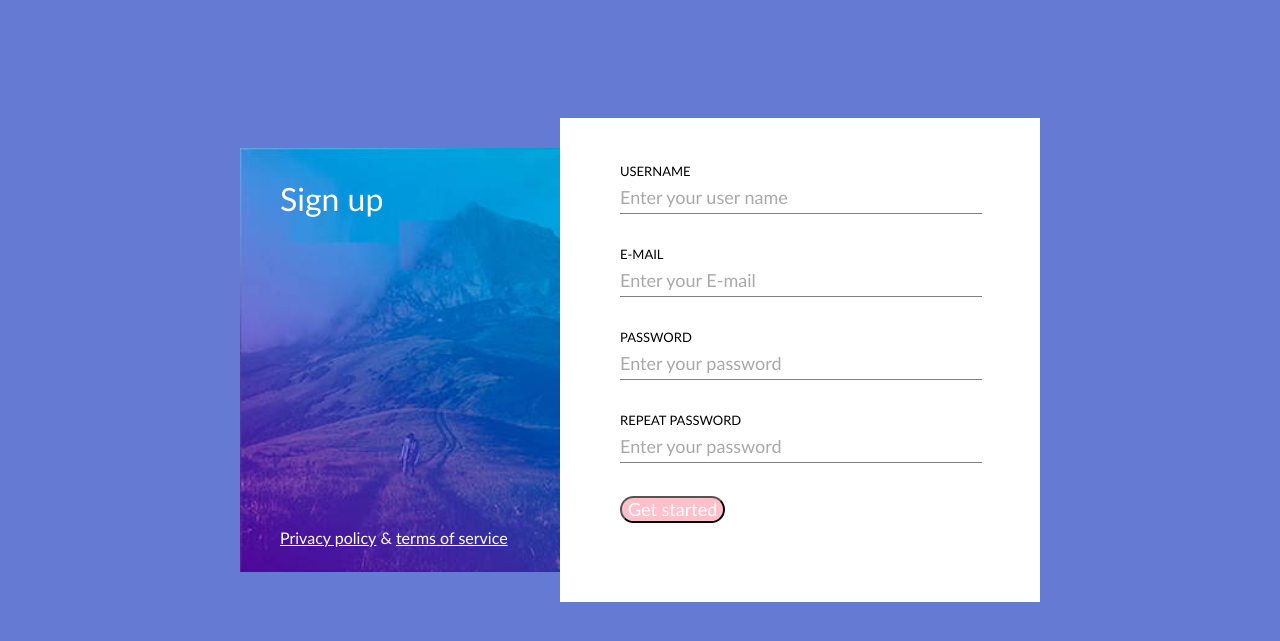
Repository: RugileG/registracijos-forma
Page: index.html
An editor plug-in stored every save of this project. The page is shown before and after a run of saves, followed by the edit.
The browser window is 1280 px wide. The pictures show the whole page.

Above is the page before, as saved 2021-05-18 10:53:55.

### index.html
<!DOCTYPE html>
<html lang="en">
<head>
    <meta charset="UTF-8">
    <meta http-equiv="X-UA-Compatible" content="IE=edge">
    <meta name="viewport" content="width=device-width, initial-scale=1.0">
    <title>Registracija</title>
    <style>

        html {
            height: 100%;
        }

        body {
            max-width: 800px;
            min-height: 100%;
            margin: 0 auto;
            position: relative;
            background-color: #657AD3;
            font: normal normal normal 16px/19px Gill Sans MT;
        }

        .container {
            width: 100%;
            position: absolute;
            top: 50%;
            transform: translateY(-50%);
        }

        .left-column, .right-column {
            float:left;
            height: 484px;
        }

        .left-column {
            width: 40%;
            background-color: transparent;
        }

        .right-column {
            width: 60%;
            background-color: #FFFFFF ;
        }

        .left-column-container {
            display: block;
            height: 424px;
            background-color: red;
            margin-top: 30px;
            background: transparent url('img/mountain.png') 0% 0% no-repeat padding-box;
            background-size: cover;
            padding-left: 40px;
            position:relative;
        }

        .right-column-container {
            padding-left: 60px;
            padding-top: 46px;
            padding-right: 60px;
            padding-bottom: 46px;
        }

        h1 {
            font: normal normal normal 32px/37px Gill Sans MT;
            color: #FFFFFF;
            margin: 0;
            padding-top: 32px;
        }

        p, a {
            display: inline-block;
            font: normal normal normal 16px/19px Gill Sans MT;
            color: #FFFFFF;
            margin: 0;
        }

        .links {
            position: absolute;
            bottom: 25px;
        }

        label {
            display:block;
            font: normal normal normal 13px/15px Gill Sans MT;
            color: #000000;
            padding-bottom:12px;
        }


        .input {
            margin-bottom: 33px;
        }

        input {
            display: block;
            border: none;
            width: 100%;
            padding-left: 0;
            padding-bottom: 6px;
            border-bottom: 1px solid #808080;
        }

        input:focus {
            border: none;
            outline: none;
            border-bottom: 1px solid #808080;
        }

        ::-webkit-input-placeholder {
            font: normal normal normal 18px/21px Gill Sans MT;
            color: #A9A9A9;
        }

        .btn {
            font: normal normal normal 18px/21px Gill Sans MT;
            color: #FFFFFF;
            background-color: #FFC0CB;
            border-radius: 20px;
        }


    </style>
</head>
<body>
    <div class='container'>
        <div class='left-column'>
            <div class='left-column-container'>
                <h1>Sign up</h1>

                <div class='links'>
                    <a href='#'>Privacy policy</a>
                    <p>&</p>
                    <a href='#'>terms of service</a>
                </div>
            </div>
        </div>
        <div class='right-column'>
            <div class='right-column-container'>
                <div class='input'>
                    <label for='username'>USERNAME</label>
                    <input placeholder='Enter your user name' type='text' id='username' name='username' />
                </div>
                <div class='input'>
                    <label for='email'>E-MAIL</label>
                    <input placeholder='Enter your E-mail' type='text' id='email' name='email' />
                </div>
                <div class='input'>
                    <label for='password'>PASSWORD</label>
                    <input placeholder='Enter your password' type='text' id='password' name='password' />
                </div>
                <div class='input'>
                    <label for='repeat_password'>REPEAT PASSWORD</label>
                    <input placeholder='Enter your password' type='text' id='repeat_password' name='repeat_password' />
                </div>

                <div class='right-column-bottom-action'>
                    <button class='btn'>Get started</button>
                </div>
            </div>
        </div>
    </div>
</body>
</html>

After the next 3 saves:
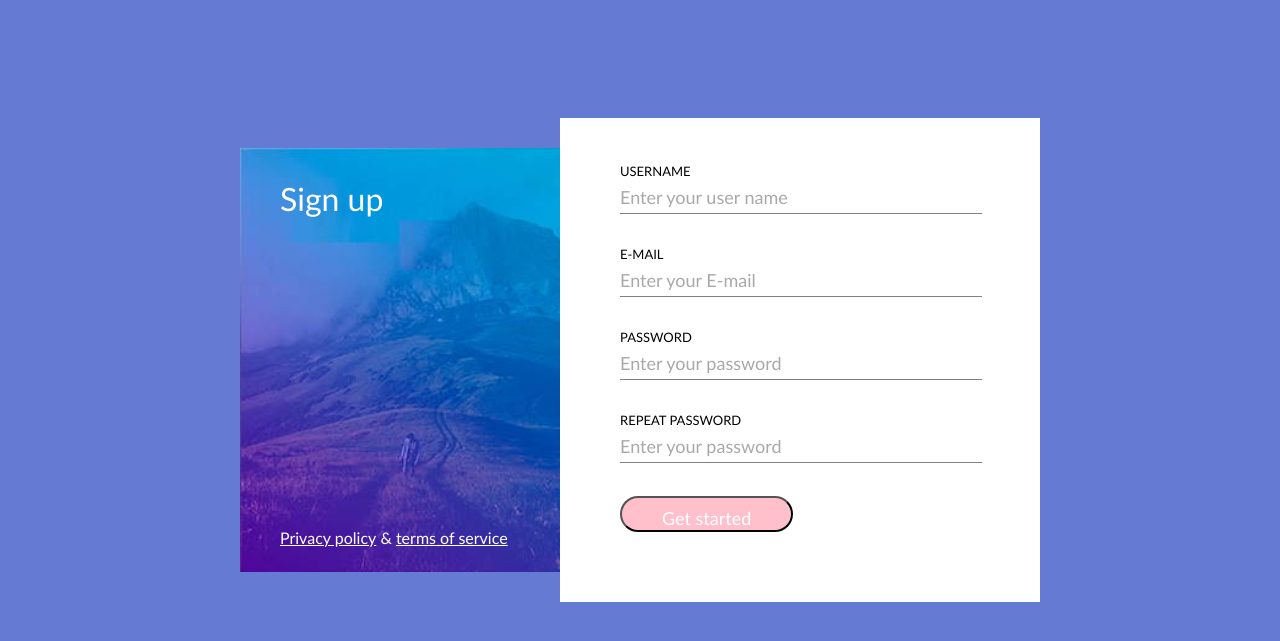
The 3 saves are shown as one change because they came seconds apart.
The last was saved 3 min 41 s later.
--- a/index.html
+++ b/index.html
@@ -116,6 +116,10 @@
             color: #FFFFFF;
             background-color: #FFC0CB;
             border-radius: 20px;
+            padding-left: 40px;
+            padding-right:40px;
+            padding-top: 10px;
+
         }
 
 
